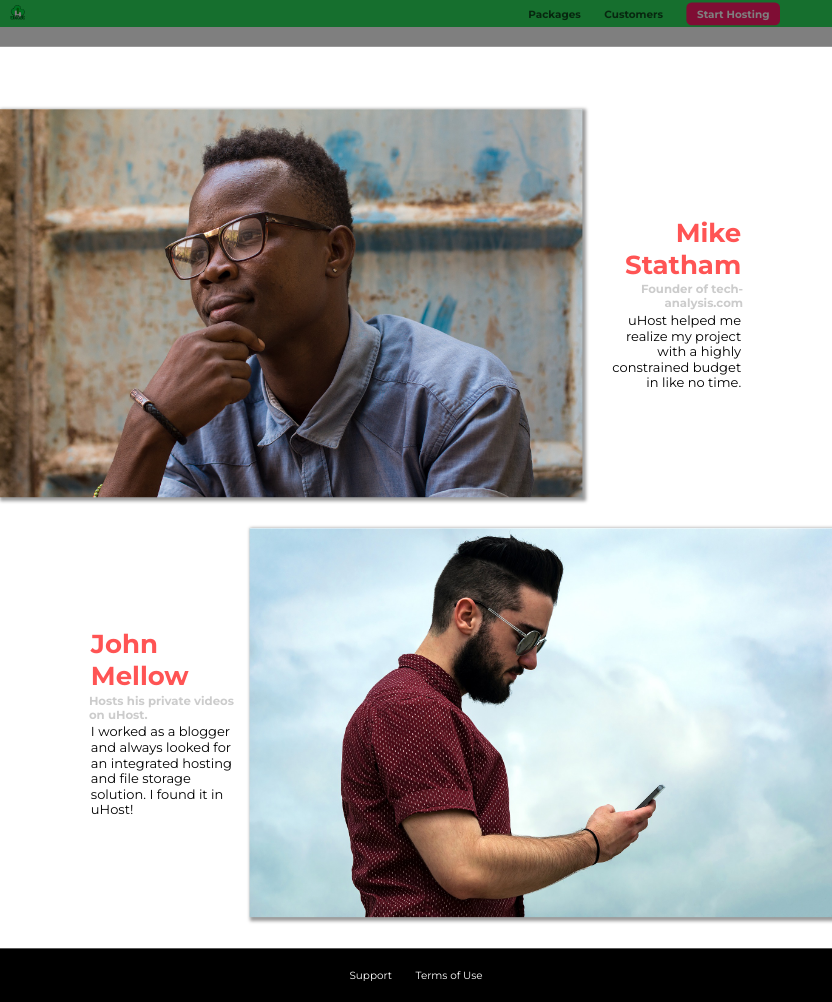
Repository: Nowacki97PL/UdemyCSS
Page: customers/index.html
These files come from the project's save history. The page is drawn as it stood at one moment and after the next save; the edit follows.
The browser window is 1280 px wide. The pictures show the whole page, at 65% of full size.

Above is the page before, as saved 2023-11-18 14:08:33.

### customers/index.html
<!DOCTYPE html>
<html lang="en">

<head>
    <meta charset="UTF-8">
    <meta name="viewport" content="width=device-width, initial-scale=1.0">
    <meta http-equiv="X-UA-Compatible" content="ie=edge">
    <title>uHost Customers</title>
    <link rel="shortcut icon" href="../images/favicon.png">
    <link href="https://fonts.googleapis.com/css?family=Anton|Montserrat:400,700" rel="stylesheet">
    <link rel="stylesheet" href="customers.css">
    <link rel="stylesheet" href="../shared.css">
    <link rel="stylesheet" href="../main.css">
</head>

<body>
    <div class="backdrop"></div>
    <header class="main-header">
        <div>
            <a href="../index.html" class="main-header__brand">
                <img src="../images/uhost-icon.png" alt="logo">
            </a>
        </div>
        <nav class="main-nav">
            <ul class="main-nav__items">
                <li class="main-nav__item">
                    <a href="packages/index.html">Packages</a>
                </li>
                <li class="main-nav__item">
                    <a href="customers/index.html">Customers</a>
                </li>
                <li class="main-nav__item main-nav__item--cta">
                    <a href="start-hosting/index.html">Start Hosting</a>
                </li>
            </ul>
        </nav>
    </header>

    <main>
        <div>
            <div class="testimonial" id="customer-1">
                <div class="testimonial__image-container">
                    <img src="../images/customer-1.jpg" alt="Mike Statham - Customer" class="testimonial__image">
                </div>
                <div class="testimonial__info">
                    <h1 class="testimonial__name">Mike Statham</h1>
                    <h2 class="testimonial__subtitle">Founder of
                        <a href="tech-analysis.com">tech-analysis.com</a>
                    </h2>
                    <p class="testimonial__text">uHost helped me realize my project with a highly constrained budget in like no time.</p>
                </div>
            </div>
            <div class="testimonial" id="customer-2">

                <div class="testimonial__info">
                    <h1 class="testimonial__name">John Mellow</h1>
                    <h2 class="testimonial__subtitle">Hosts his private videos on uHost.
                    </h2>
                    <p class="testimonial__text">I worked as a blogger and always looked for an integrated hosting and file storage solution. I found
                        it in uHost!
                    </p>
                </div>
                <div class="testimonial__image-container">
                    <img src="../images/customer-2.jpg" alt="John Mellow - Customer" class="testimonial__image">
                </div>
            </div>
        </div>
    </main>
    <footer class="main-footer">
        <nav>
            <ul class="main-footer__links">
                <li class="main-footer__link">
                    <a href="#">Support</a>
                </li>
                <li class="main-footer__link">
                    <a href="#">Terms of Use</a>
                </li>
            </ul>
        </nav>
    </footer>
</body>

</html>

### customers/customers.css
.testimonial {
    font-size: 20px;
    margin: 48px 0;
  }

  .testimonial__list {
    width: 80%;
    margin: auto;
  }

  .testimonial:first-of-type {
    margin-top: 96px;
  }

  .testimonial__image-container {
    width: 70%;
    display: inline-block;
    vertical-align: middle;
    box-shadow: 3px 3px 5px 3px rgba(0, 0,  0, 0.4);
  }

  .testimonial__image {
    width: 100%;
    vertical-align: top;
  }

  .testimonial__info {
    text-align: right;
    padding: 14px;
    display: inline-block;
    vertical-align: middle;
    width: 20%;
  }

  #customer-2.testimonial {
    text-align: right;
  }

  #customer-2 .testimonial__info {
    text-align: left;
  }

  .testimonial__name {
    margin: 3px;
    color: #ff5454;
  }

  .testimonial__subtitle {
    margin: 0;
    font-size: 18px;
    color: #ccc;
  }

  .testimonial__subtitle a {
    color: inherit;
    text-decoration: none;
  }

  .testimonial__subtitle a:hover,
  .testimonial__subtitle a:active {
    color: #7a7a7a;
  }

  .testimonial__text {
    margin: 3px;
  }

### shared.css
* {
    box-sizing: border-box;
}

body {
    font-family: 'Montserrat', sans-serif;
    margin: 0;
}

.backdrop {
    position: relative;
    z-index: 100;
    width: 100%;
    height: 10vh;
    background: rgba(0, 0, 0, 0.5);
}

.main-header {
    width: 100%;
    position: fixed;
    top: 0;
    left: 0;
    background: #2ddf5c;
    padding: 8px 16px;
    z-index: 1;
}

.main-header > div {
    display: inline-block;
    vertical-align: middle;
}

.main-header__brand {
    color: #0e4f1f;
    text-decoration: none;
    font-weight: bold;
    font-size: 22px;
    display: inline-block;
    height: 22px;
}

.main-header__brand img {
    height: 22px;
}

.main-nav {
    display: inline-block;
    text-align: right;
    width: calc(100% - 74px);
    vertical-align: middle;
}

.main-nav__items {
    margin: 0;
    padding: 0;
    list-style: none;
}

.main-nav__item {
    display: inline-block;
    margin: 0 16px;
}

.main-nav__item a {
    text-decoration: none;
    color: #0e4f1f;
    font-weight: bold;
    padding: 3px 0;
}

.main-nav__item a:hover,
.main-nav__item a:active {
    color: white;
    border-bottom: 5px solid white;
}

.main-nav__item--cta a {
    color: white;
    background: #ff1b68;
    padding: 8px 16px;
    border-radius: 8px;
}

.main-nav__item--cta a:hover,
.main-nav__item--cta a:active {
    color: #ff1b68;
    background: white;
    border: none;
}

.main-footer {
    background: black;
    padding: 32px;
    margin-top: 48px;
}

.main-footer__links {
    list-style: none;
    margin: 0;
    padding: 0;
    text-align: center;
}

.main-footer__link {
    display: inline-block;
    margin: 0 16px;
}

.main-footer__link a {
    color: white;
    text-decoration: none;
}

.main-footer__link a:hover,
.main-footer__link a:active {
    color: #ccc;
}

.button {
    background: #0e4f1f;
    color: white;
    font: inherit;
    border: 1.5px solid #0e4f1f;
    padding: 8px;
    border-radius: 8px;
    font-weight: bold;
    cursor: pointer;
}

.button:hover,
.button:active {
    background: white;
    color: #0e4f1f;
}

.button:focus {
    outline: none;
}

### main.css


#product-overview {
    background: url("images/freedom.jpg") left 10% bottom 80%/cover no-repeat border-box;
    width: 100%;
    height: 528px;
    padding: 10px;
    position: relative;
}

.section-title {
    color: #2ddf5c;
    text-align: center;
}

#product-overview h1 {
    color: white;
    font-family: 'Anton', sans-serif;
    position: absolute;
    bottom: 5%;
    left: 3%;
}

.plan__list {
    width: 80%;
    margin: auto;
    text-align: center;
}

.plan {
    background: #d5ffdc;
    text-align: center;
    padding: 16px;
    margin: 8px;
    display: inline-block;
    width: 30%;
    vertical-align: middle;
    border-radius: 10px;
}

.plan--highlighted {
    border-radius: 10px;
    background: #19b84c;
    color: white;
    box-shadow: 3px 3px 5px 3px rgba(0, 0, 0, 0.5);
}

.plan__annotation {
    background: white;
    color: #19b84c;
    padding: 8px;
    box-shadow: 2px 2px 2px 2px rgba(0, 0, 0, 0.5);
    border-radius: 8px;
}

.plan__title {
    color: #0e4f1f;
}

.plan__price {
    color: #858585;
}

.plan--highlighted .plan__title {
    color: white;
}

.plan--highlighted .plan__price {
    color: #0e4f1f;
}

.plan__features {
    list-style: none;
    margin: 0;
    padding: 0;
}

.plan__feature {
    margin: 8px 0;
}

#key-features {
    background: #ff1b68;
    margin-top: 80px;
    padding: 16px;
}

#key-features .section-title {
    color: white;
    margin: 32px;
}

.key-feature__list {
    list-style: none;
    margin: 0;
    padding: 0;
    text-align: center;
}

.key-feature {
    display: inline-block;
    width: 30%;
    vertical-align: top;
}

.key-feature__image {
    background: #ffcede;
    width: 128px;
    height: 128px;
    border: 2px solid #424242;
    border-radius: 50%;
    margin: auto;
    padding: 20px;
}

.key-feature__description {
    text-align: center;
    font-weight: bold;
    color: white;
    font-size: 20px;
}

/* h1 {
    font-family: sans-serif;
} */

After the next save:
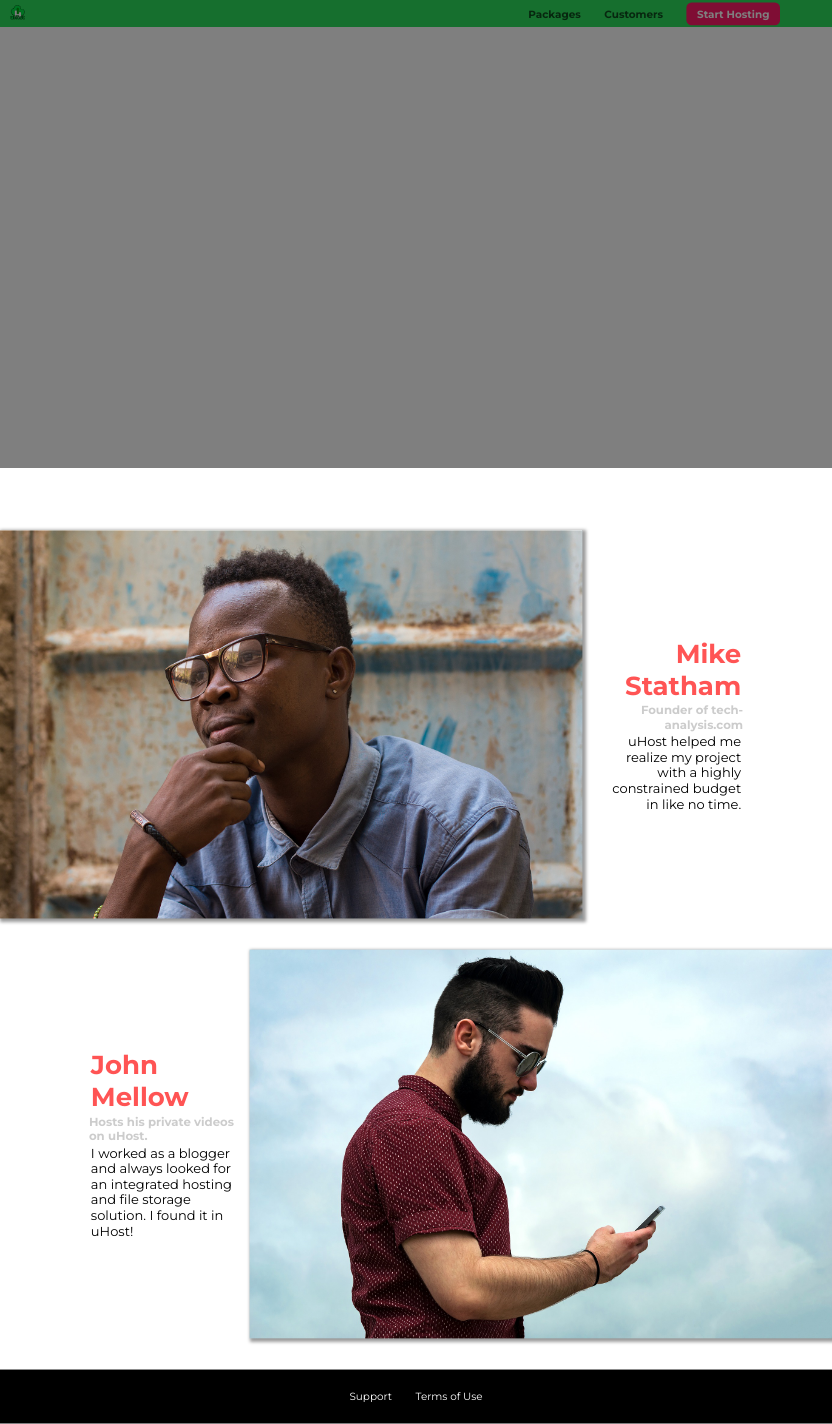
Saved 48 s later.
--- a/shared.css
+++ b/shared.css
@@ -11,7 +11,7 @@ body {
     position: relative;
     z-index: 100;
     width: 100%;
-    height: 10vh;
+    height: 100vh;
     background: rgba(0, 0, 0, 0.5);
 }
 
